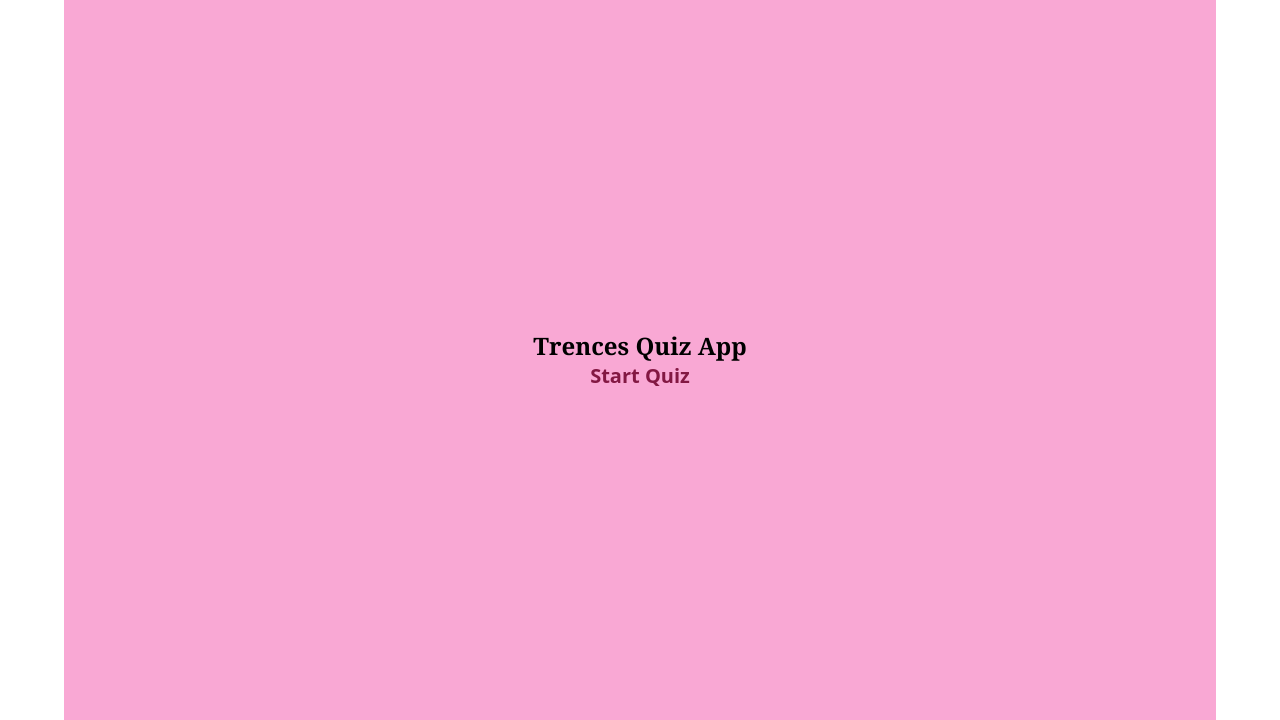
Repository: Semanmernstack/Quiz-react-app
Page: /
An editor plug-in stored every save of this project. The page is shown before and after the next save, followed by the edit.
The browser window is 1280 px wide. The pictures show the whole page.
The project was rebuilt for these pictures with package versions that can differ from the ones it lists, and the page was loaded fresh each time. Also part of the build but not shown: src/Game/Questions.js, src/components/Quiz.js, src/components/End.js.

Above is the page before, as saved 2023-01-30 01:25:19.

After the next save:
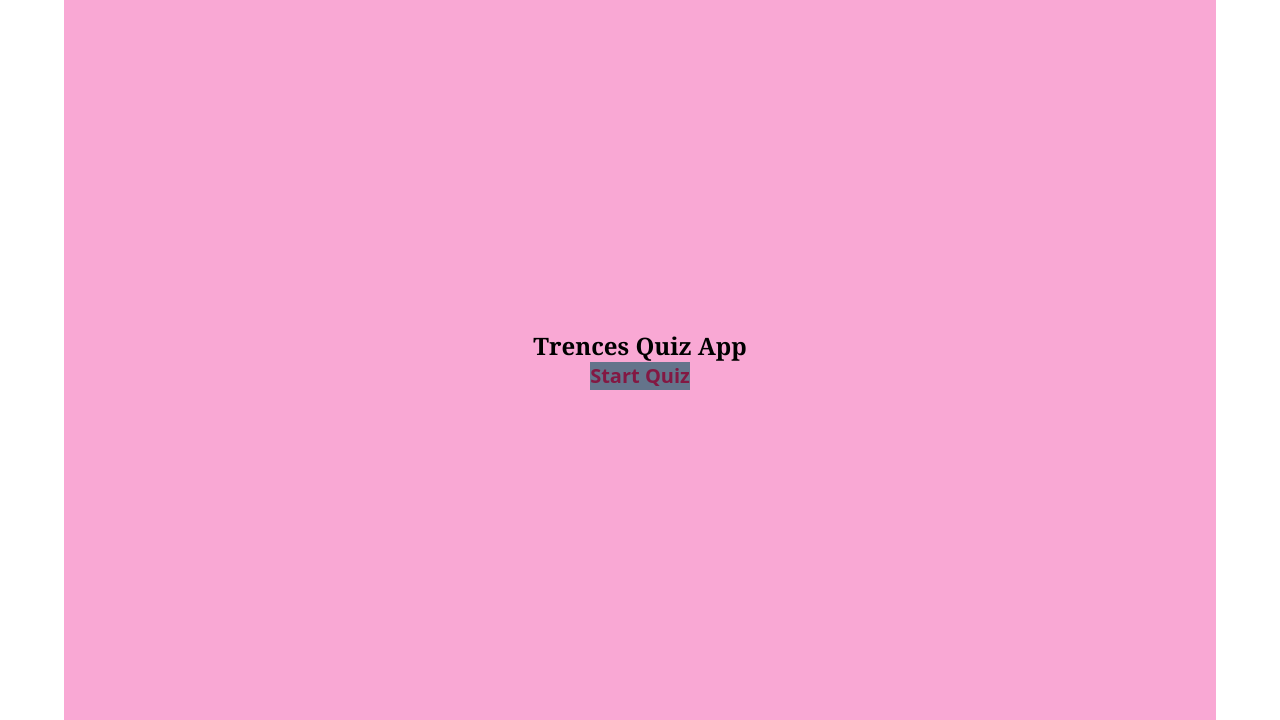
Saved 42 s later.
--- a/src/components/Menu.js
+++ b/src/components/Menu.js
@@ -5,7 +5,7 @@ function Menu() {
     const { setGame} = useContext(QuizContext)
   return (
     <div className="flex">
-        <button className="font-bold text-pink-900 text-xl" onClick={() => {setGame("quiz")}} >Start Quiz</button>
+        <button className="font-bold text-pink-900 text-xl cursor-pointer bg-slate-500" onClick={() => {setGame("quiz")}} >Start Quiz</button>
 
     </div>
   )
